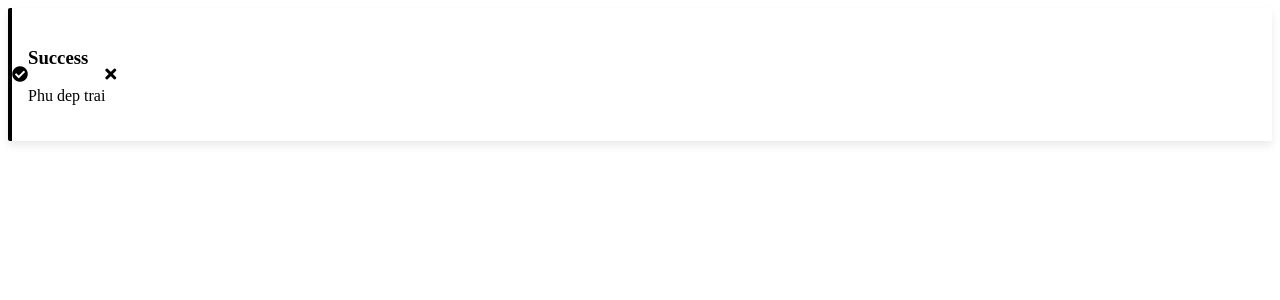
Repository: phunobi1807/theband
Page: btn.html
An editor plug-in stored every save of this project. The page is shown before and after the next save, followed by the edit.
The browser window is 1280 px wide. The pictures show the whole page.

Above is the page before, as saved 2021-06-12 12:19:31.

### btn.html
<!DOCTYPE html>
<html lang="en">
<head>
    <meta charset="UTF-8">
    <meta http-equiv="X-UA-Compatible" content="IE=edge">
    <meta name="viewport" content="width=device-width, initial-scale=1.0">
    <title>Document</title>
    <link rel="stylesheet" href="https://use.fontawesome.com/releases/v5.15.3/css/all.css" integrity="sha384-SZXxX4whJ79/gErwcOYf+zWLeJdY/qpuqC4cAa9rOGUstPomtqpuNWT9wdPEn2fk" crossorigin="anonymous">
    <link rel="stylesheet" href="./btn.css">
</head>
<body>
    <div>
        <div class="toast">
            <div class="toast__icon">
                <i class="fas fa-check-circle"></i>
            </div>
            <div class="toast__body">
                <h3 class="toast__title">
                     Success
                </h3>
                <p class="toast__msg">
                    Phu dep trai
                </p>
            </div>
            <div class="toast__close">
                <i class="fas fa-times"></i>
            </div>
        </div>
    </div>
</body>
</html>

### btn.css
.toast
{
    display: flex;
    align-items: center;
    background: #fff;
    border-radius: 2px;
    padding: 20px 0px;
    border-left: 4px solid;
    box-shadow: 0 5px 8px rgba(0, 0, 0, 0.08);
}
.toast__icon
{

}
.toast__body
{

}
.toast__title
{

}
.toast__msg
{

}
.toast__close
{

}

After the next save:
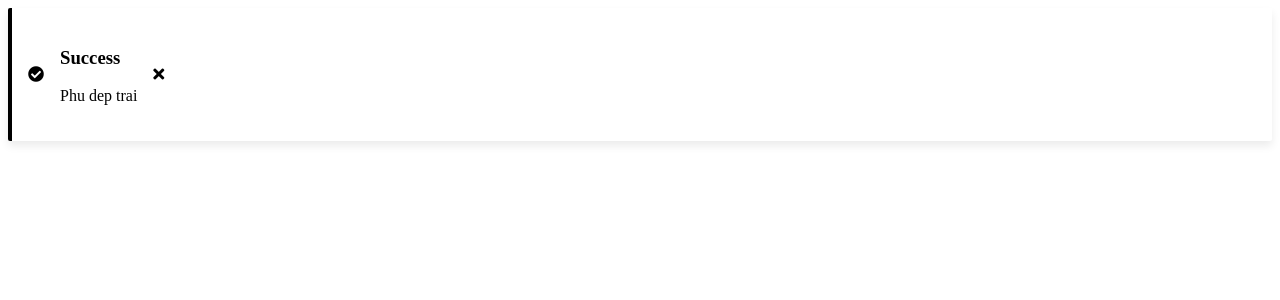
Saved 42 s later.
--- a/btn.css
+++ b/btn.css
@@ -11,6 +11,11 @@
 .toast__icon
 {
 
+}
+.toast__icon,
+.toast__close
+{
+    padding: 0px 16px;
 }
 .toast__body
 {
